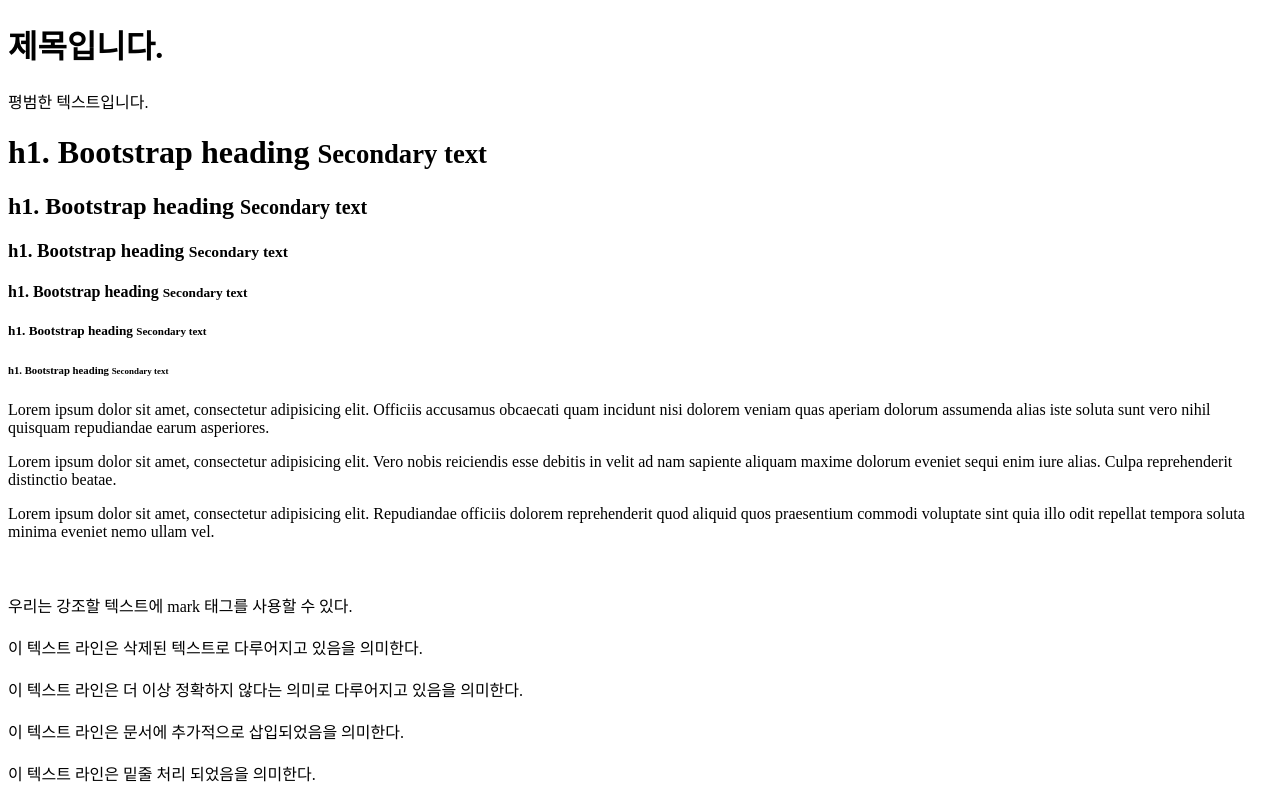
Repository: yhj4130/BootstrapStudy
Page: BootstrapWork/WebContent/BootEx01.html
The author's editor kept a copy of each file at every save. The page is drawn from the files as they stood at one save, then again after the next save.
The browser window is 1280 px wide. The pictures show the whole page.

Above is the page before, as saved 2019-06-12 01:16:58.

After the next save:
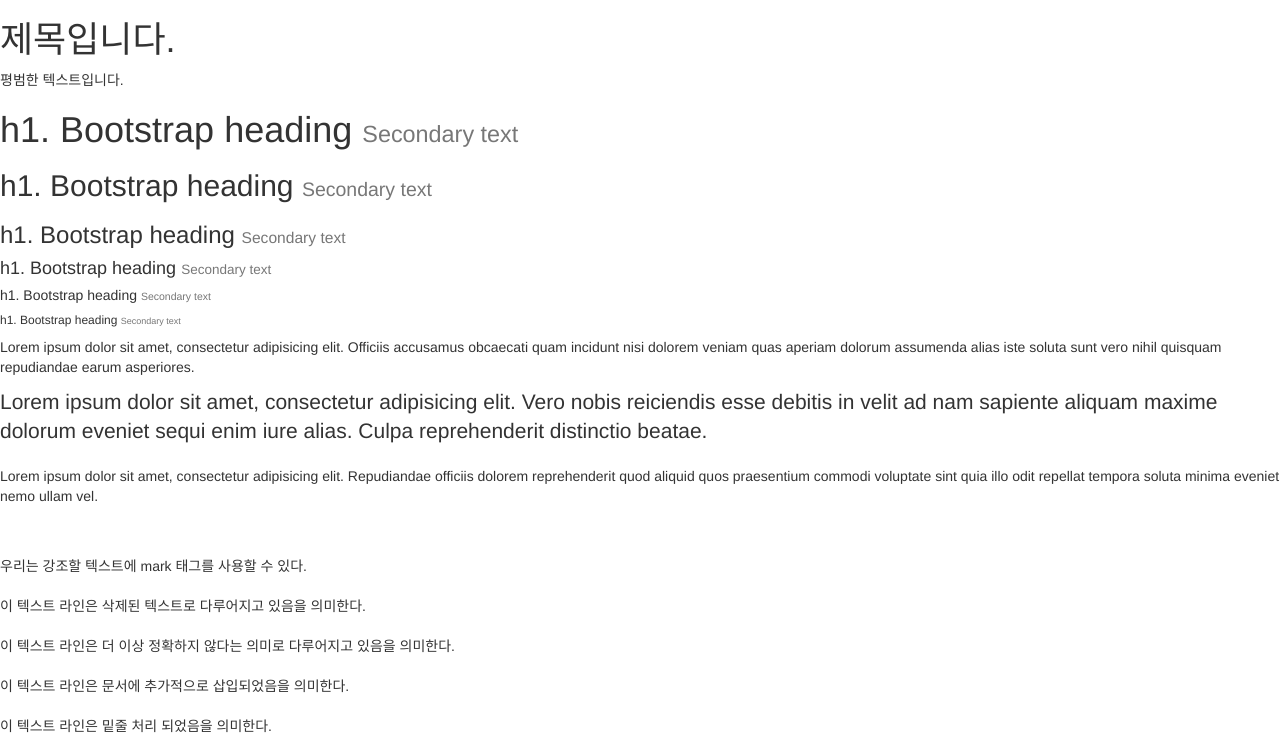
Saved 116 s later.
--- a/BootstrapWork/WebContent/BootEx01.html
+++ b/BootstrapWork/WebContent/BootEx01.html
@@ -7,7 +7,8 @@
 <!-- 부트스트랩 적용 이전과 이후 내용을 비교 확인 -->
 <!-- 각 엘리먼트들이 갖는 시각적인 효과 및 여백 정책 -->
 
-<link>
+<link rel="stylesheet" href="css/bootstrap.css">
+<script type="text/javascript" src="js/jquery-3.4.1.min.js"></script>
 
 </head>
 <body>
